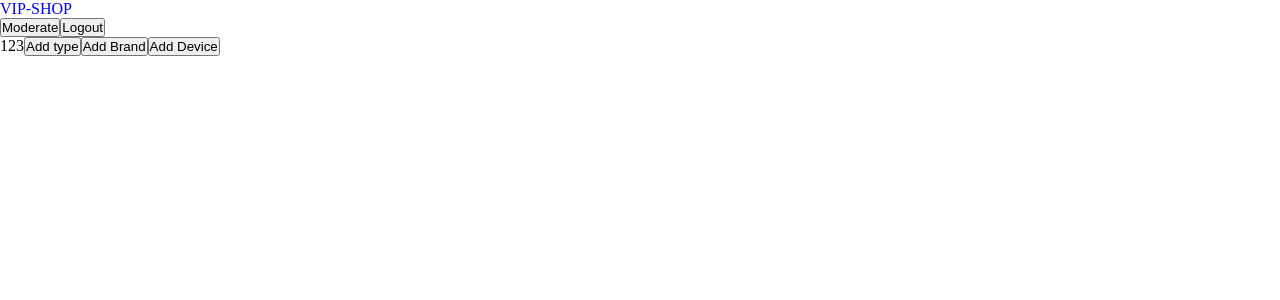
Repository: Mirsmog/VIP-SHOP
Page: /admin (app in client/)
An editor plug-in stored every save of this project. The page is shown before and after the next save, followed by the edit.
The browser window is 1280 px wide. The pictures show the whole page.
The project was rebuilt for these pictures with package versions that can differ from the ones it lists, and the page was loaded fresh each time. Also part of the build but not shown: client/vite.config.js, client/src/pages/Auth.jsx, client/src/pages/DevicePage.jsx, client/src/components/TypeBar.jsx, client/src/components/BrandBar.jsx, client/src/components/DeviceItem.jsx, client/src/components/DeviceList.jsx, client/src/pages/Shop.jsx and 1 more.

Above is the page before, as saved 2023-11-04 16:32:36.

After the next save:
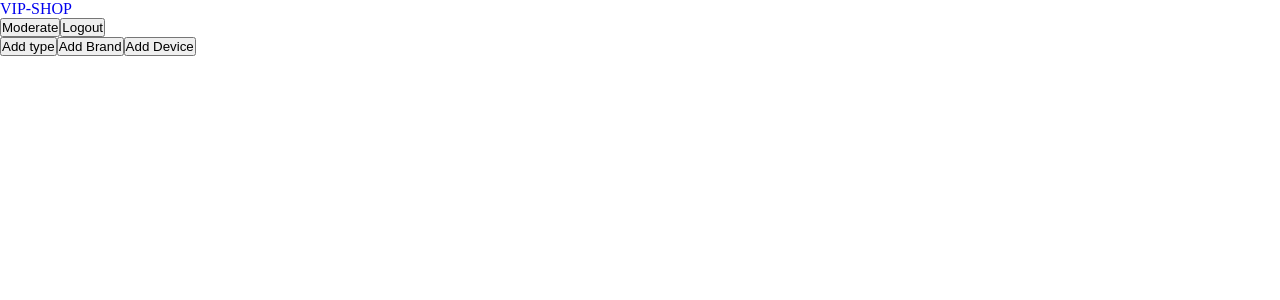
Saved 8 s later.
--- a/client/src/pages/Admin.jsx
+++ b/client/src/pages/Admin.jsx
@@ -5,7 +5,6 @@ import Container from 'react-bootstrap/esm/Container';
 function Admin() {
   return (
     <Container className='d-flex flex-column'>
-      123
       <Button variant='outline-dark' className='mt-2'>
         Add type
       </Button>
